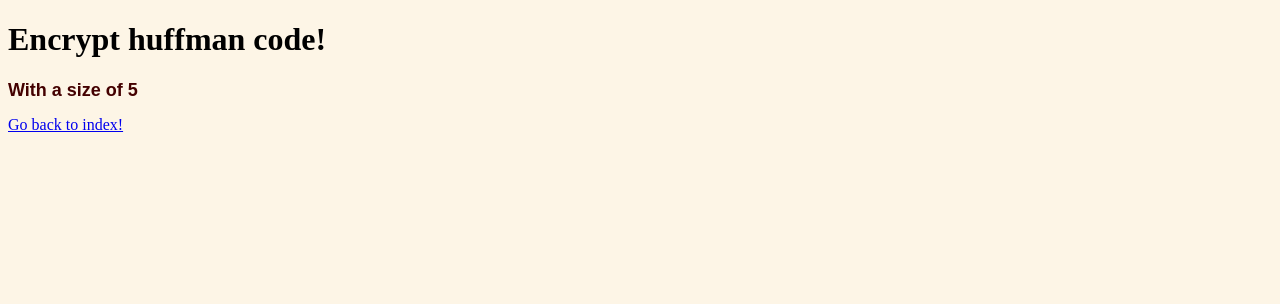
Repository: derekpwwong/jee-workspace
Page: http://localhost/WebServlet/ServletEncryptHuffmanCode
The author's editor kept a copy of each file at every save. The page is drawn from the files as they stood at one save, then again after the next save.
The browser window is 1280 px wide. The pictures show the whole page.
The page is served by Tomcat 9. Other server files are loaded and not shown.

Above is the page before, as saved 2016-10-29 16:01:41.

### workspace/workspace/WebServlet/src/servletEncryptHuffmanCode/ServletEncryptHuffmanCode.java
package servletEncryptHuffmanCode;

import java.io.*;

import javax.servlet.*;
import javax.servlet.annotation.*;
import javax.servlet.http.*;



@WebServlet("/ServletEncryptHuffmanCode")
public class ServletEncryptHuffmanCode extends HttpServlet{
	@Override
	public void doGet(HttpServletRequest request,
			HttpServletResponse response)
	throws ServletException, IOException {
		response.setContentType("text/html");
		PrintWriter out = response.getWriter();
		out.println("<!DOCTYPE htmL>\n <html>\n" +
				"<head><title>ServletEncryptHuffmanCode</title>" +
				"<link rel=\"stylesheet\" type=\"text/css\" href=\"css/style.css\">"+
				"</head> \n <body bgcolor=\"#fdf5e6\">\n" +
				"<h1>Encrypt huffman code!</h1>\n"+
				"<h2>With a size of 5</h2>" +
				"<table>"

				+"</table>"
				+"<a href=\"index.html\">Go back to index!</a>"+
				"</body></html>");

	}
}

### workspace/workspace/WebServlet/WebContent/css/style.css
body { background-color: #fdf5e6 }
a:hover { color: red }
.title {
  margin-left: auto;
  margin-right: auto;
  border-width: 5px;
  border-spacing: 2px;
  border-style: outset;
  text-align:center;
}
.title th {
  background-color: #ef8429;
  font-size: 28px;
  font-family: Arial, Helvetica, sans-serif;
}
th { background-color: #ef8429;
     font-size: 18px;
     font-family: Arial, Helvetica, sans-serif;
}
td { font-size: 18px;
     font-family: Arial, Helvetica, sans-serif;
}
legend {
  font-weight: bold;
  color: black;
  background-color: #eeeeee;
  border: 1px solid #999999;
  padding: 3px 2px;
}
.ajaxResult { color: #440000;
              font-weight: bold;
              font-size: 18px;
              font-family: Arial, Helvetica, sans-serif;
}
h2 { color: #440000;
	  font-weight: bold;
	  font-size: 18px;
	  font-family: Arial, Helvetica, sans-serif;
}
.error { background-color: yellow;
	      color: red;
	      font-weight: bold;
	      font-size: 20px;
	      font-family: Arial, Helvetica, sans-serif;
	      border-style: inset;
}
.cell{
	padding:2.5px;
	border: black solid 2px;
	text-align:center;
}

After the next save:
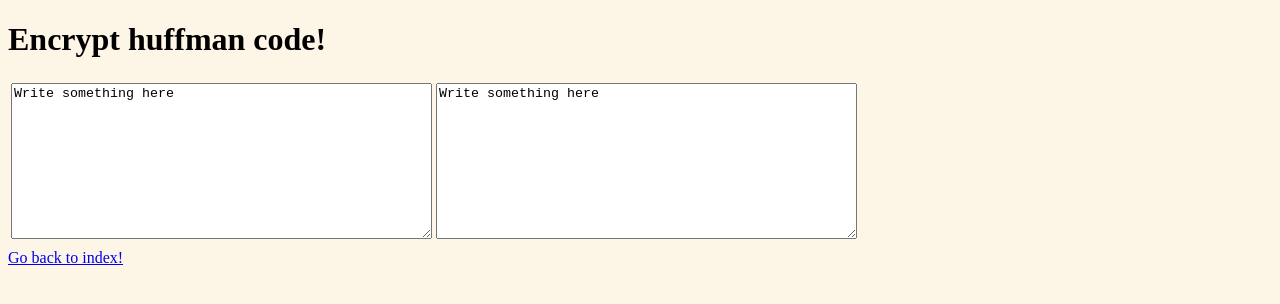
Saved 2 min 8 s later.
--- a/workspace/workspace/WebServlet/src/servletEncryptHuffmanCode/ServletEncryptHuffmanCode.java
+++ b/workspace/workspace/WebServlet/src/servletEncryptHuffmanCode/ServletEncryptHuffmanCode.java
@@ -21,9 +21,16 @@ public class ServletEncryptHuffmanCode extends HttpServlet{
 				"<link rel=\"stylesheet\" type=\"text/css\" href=\"css/style.css\">"+
 				"</head> \n <body bgcolor=\"#fdf5e6\">\n" +
 				"<h1>Encrypt huffman code!</h1>\n"+
-				"<h2>With a size of 5</h2>" +
-				"<table>"
+				"<table>"+
+				"<tr>"+
+				"<td>"+
+				"<textarea name=\"textarea\" rows=\"10\" cols=\"50\">Write something here</textarea>"+
+				"</td>"+
 
+"<td>"+
+"<textarea name=\"textarea\" rows=\"10\" cols=\"50\">Write something here</textarea>"+
+"</td>"+
+				"<tr>"
 				+"</table>"
 				+"<a href=\"index.html\">Go back to index!</a>"+
 				"</body></html>");
